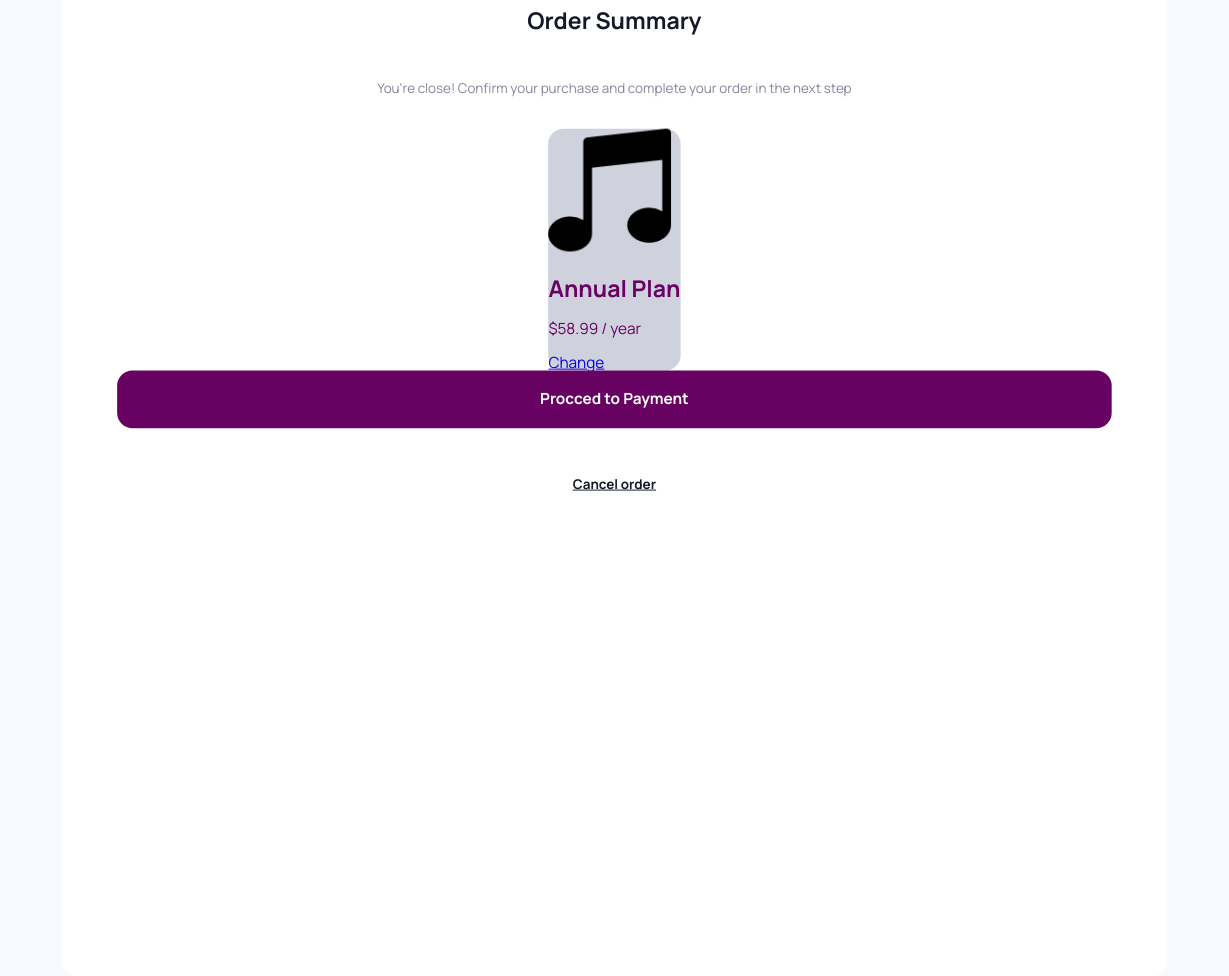
Repository: ssynowiec/INVO-Academy-solution
Page: /
These files come from the project's save history. The page is drawn as it stood at one moment and after the next save; the edit follows.
The browser window is 1280 px wide. The pictures show the whole page, at 96% of full size.
The project was rebuilt for these pictures with package versions that can differ from the ones it lists, and the page was loaded fresh each time.

Above is the page before, as saved 2023-02-16 10:10:35.

After the next save:
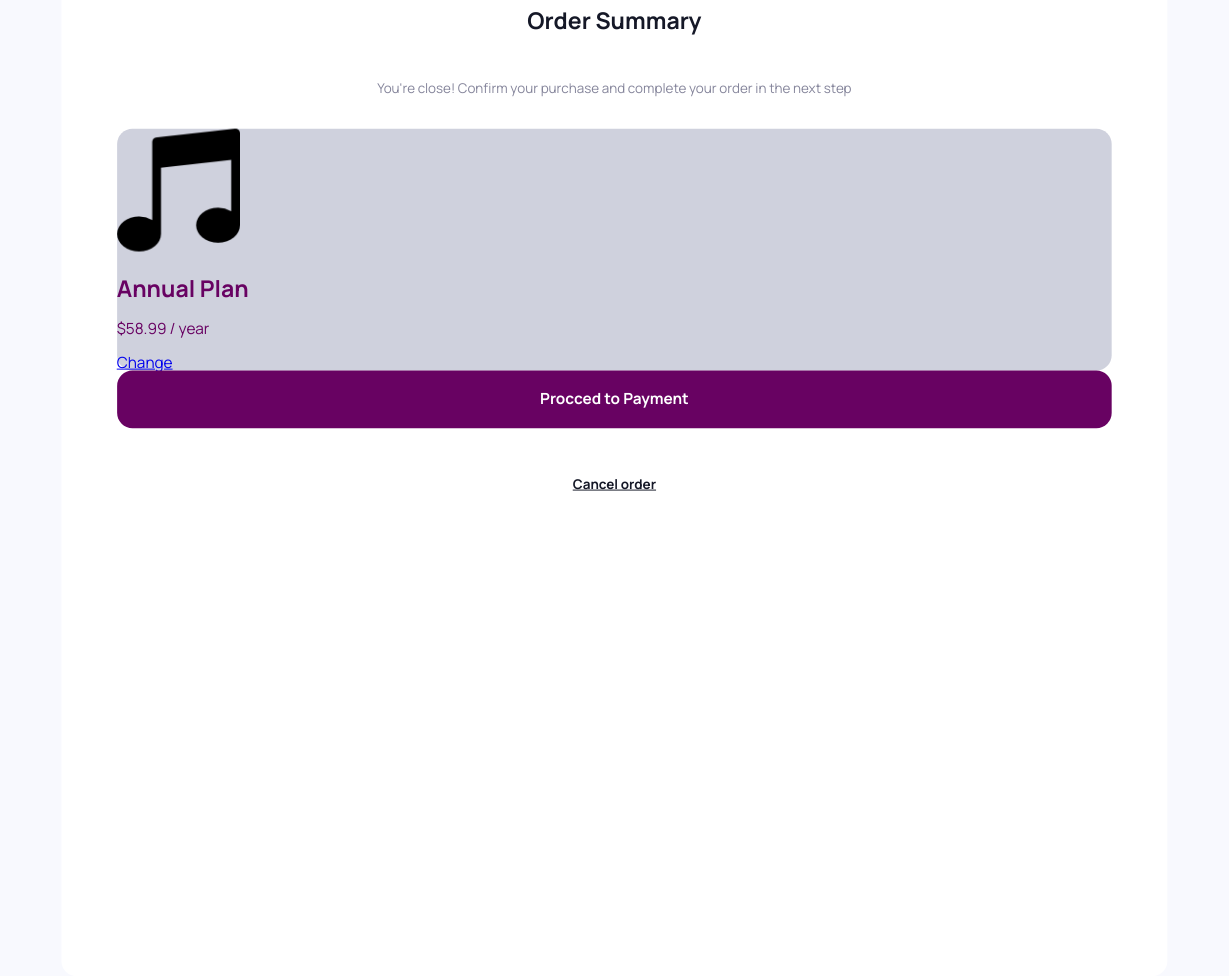
Saved 9 s later.
--- a/src/pages/home-page/styles/home-page.scss
+++ b/src/pages/home-page/styles/home-page.scss
@@ -37,6 +37,7 @@
 	}
 
 	&-summary {
+		width: 90%;
 		border-radius: 16px;
 		background-color: var(--color-stroke);
 	}
